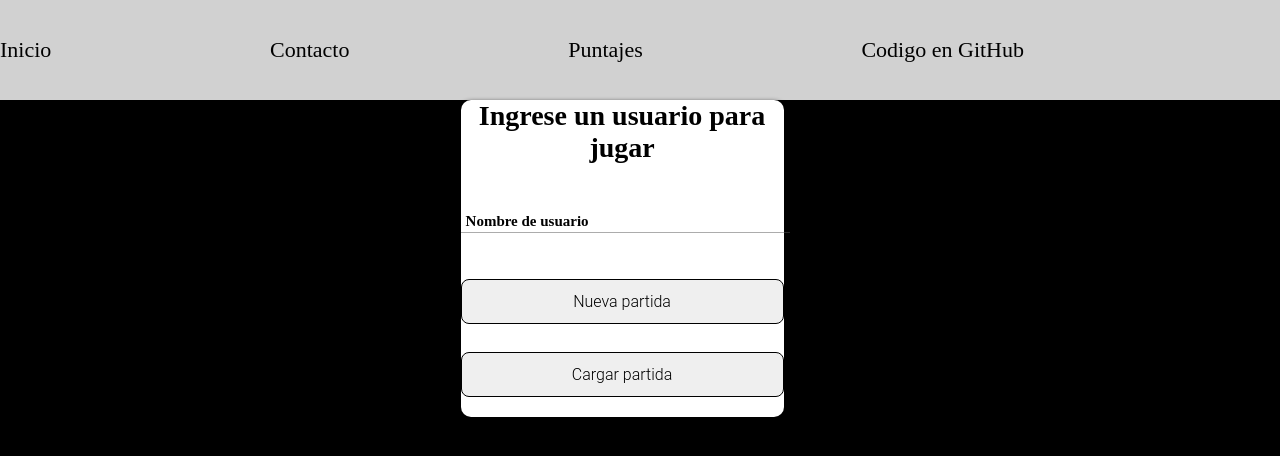
Repository: FacundoKinderknecht/FacundoKinderknecht_Wordle_Game_LPPA
Page: index.html
An editor plug-in stored every save of this project. The page is shown before and after the next save, followed by the edit.
The browser window is 1280 px wide. The pictures show the whole page.

Above is the page before, as saved 2023-08-08 02:53:27.

After the next save:
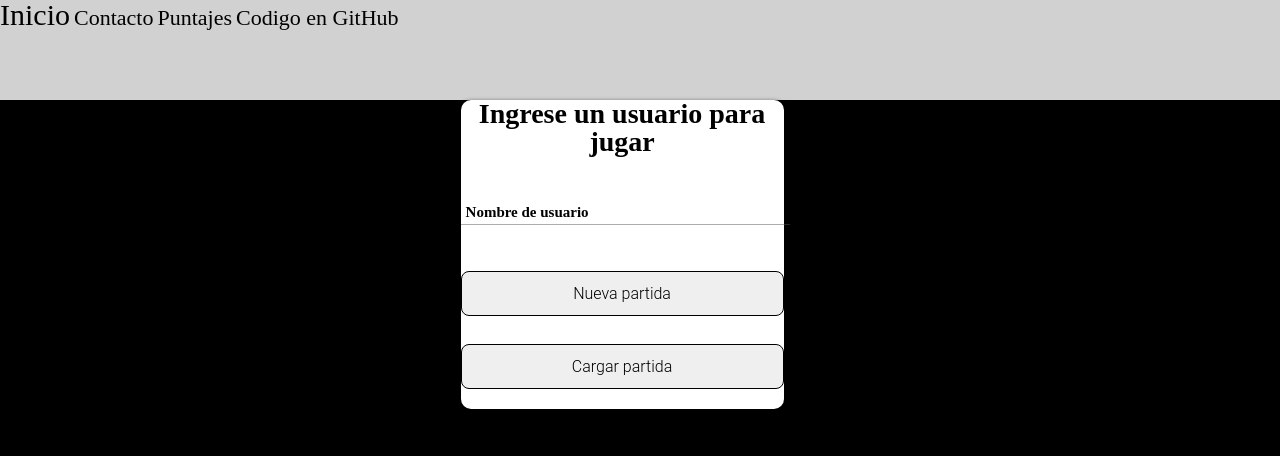
Saved 6 s later.
--- a/css/reset.css
+++ b/css/reset.css
@@ -23,3 +23,51 @@ time, mark, audio, video {
 	font: inherit;
 	vertical-align: baseline;
 }
+/* http://meyerweb.com/eric/tools/css/reset/
+   v2.0 | 20110126
+   License: none (public domain)
+*/
+
+html, body, div, span, applet, object, iframe,
+h1, h2, h3, h4, h5, h6, p, blockquote, pre,
+a, abbr, acronym, address, big, cite, code,
+del, dfn, em, img, ins, kbd, q, s, samp,
+small, strike, strong, sub, sup, tt, var,
+b, u, i, center,
+dl, dt, dd, ol, ul, li,
+fieldset, form, label, legend,
+table, caption, tbody, tfoot, thead, tr, th, td,
+article, aside, canvas, details, embed,
+figure, figcaption, footer, header, hgroup,
+menu, nav, output, ruby, section, summary,
+time, mark, audio, video {
+	margin: 0;
+	padding: 0;
+	border: 0;
+	font-size: 100%;
+	font: inherit;
+	vertical-align: baseline;
+}
+/* HTML5 display-role reset for older browsers */
+article, aside, details, figcaption, figure,
+footer, header, hgroup, menu, nav, section {
+	display: block;
+}
+body {
+	line-height: 1;
+}
+ol, ul {
+	list-style: none;
+}
+blockquote, q {
+	quotes: none;
+}
+blockquote:before, blockquote:after,
+q:before, q:after {
+	content: '';
+	content: none;
+}
+table {
+	border-collapse: collapse;
+	border-spacing: 0;
+}

After the save that followed:
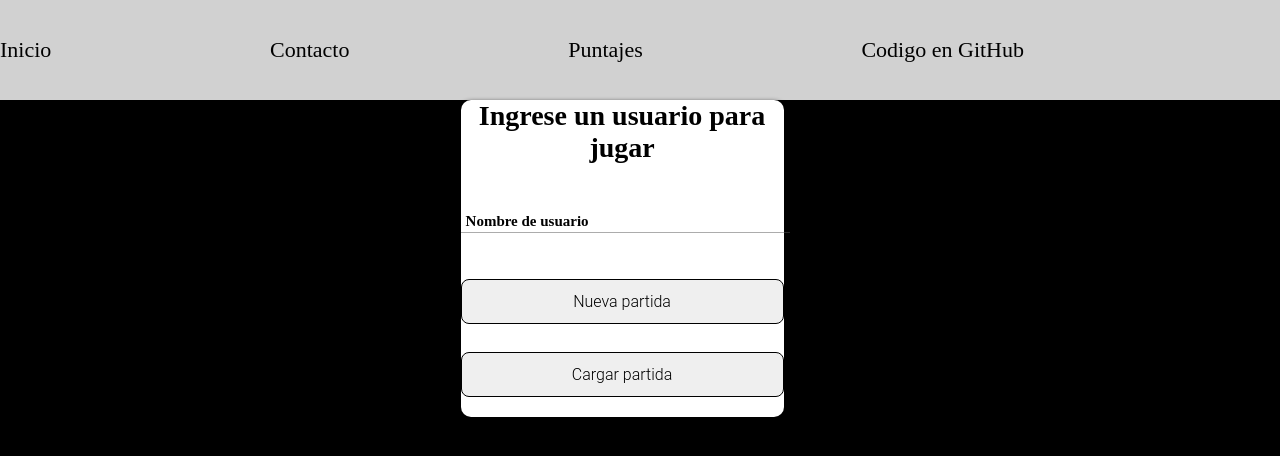
Saved 16 s later.
--- a/css/reset.css
+++ b/css/reset.css
@@ -23,51 +23,3 @@ time, mark, audio, video {
 	font: inherit;
 	vertical-align: baseline;
 }
-/* http://meyerweb.com/eric/tools/css/reset/
-   v2.0 | 20110126
-   License: none (public domain)
-*/
-
-html, body, div, span, applet, object, iframe,
-h1, h2, h3, h4, h5, h6, p, blockquote, pre,
-a, abbr, acronym, address, big, cite, code,
-del, dfn, em, img, ins, kbd, q, s, samp,
-small, strike, strong, sub, sup, tt, var,
-b, u, i, center,
-dl, dt, dd, ol, ul, li,
-fieldset, form, label, legend,
-table, caption, tbody, tfoot, thead, tr, th, td,
-article, aside, canvas, details, embed,
-figure, figcaption, footer, header, hgroup,
-menu, nav, output, ruby, section, summary,
-time, mark, audio, video {
-	margin: 0;
-	padding: 0;
-	border: 0;
-	font-size: 100%;
-	font: inherit;
-	vertical-align: baseline;
-}
-/* HTML5 display-role reset for older browsers */
-article, aside, details, figcaption, figure,
-footer, header, hgroup, menu, nav, section {
-	display: block;
-}
-body {
-	line-height: 1;
-}
-ol, ul {
-	list-style: none;
-}
-blockquote, q {
-	quotes: none;
-}
-blockquote:before, blockquote:after,
-q:before, q:after {
-	content: '';
-	content: none;
-}
-table {
-	border-collapse: collapse;
-	border-spacing: 0;
-}
